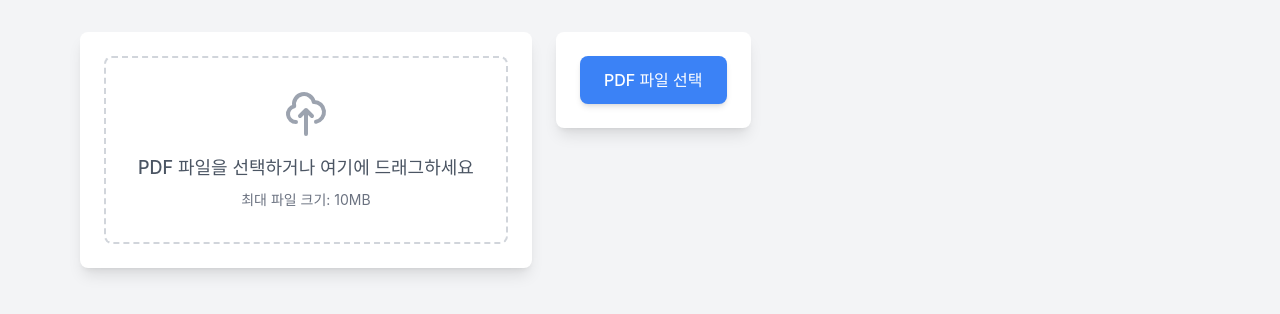
Repository: orcaCrew/PDF-Handler
Page: /
An editor plug-in stored every save of this project. The page is shown before and after the next save, followed by the edit.
The browser window is 1280 px wide. The pictures show the whole page.
The project was rebuilt for these pictures with package versions that can differ from the ones it lists, and the page was loaded fresh each time.

Above is the page before, as saved 2025-07-18 17:03:36.

After the next save:
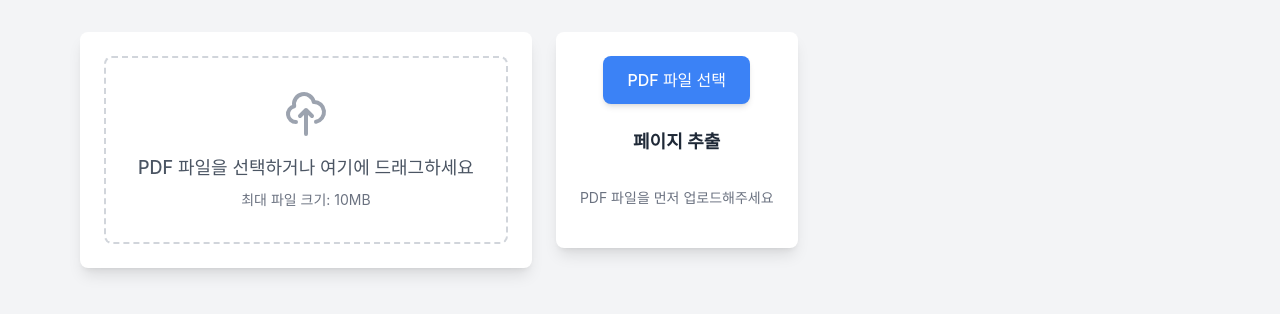
Saved 13 min 54 s later.
--- a/src/App.js
+++ b/src/App.js
@@ -333,66 +333,80 @@ function App() {
               />
 
               {/* 페이지 추출 영역 */}
-              {file && numPages && (
-                <div className="space-y-4">
-                  <h3 className="text-lg font-semibold text-gray-800 text-center">
-                    페이지 추출
-                  </h3>
-
-                  <div className="space-y-3">
-                    <div>
-                      <label className="block text-sm font-medium text-gray-700 mb-1">
-                        시작 페이지
-                      </label>
-                      <input
-                        type="number"
-                        min="1"
-                        max={numPages}
-                        value={startPage}
-                        onChange={(e) => setStartPage(parseInt(e.target.value) || 1)}
-                        className="w-full px-3 py-2 border border-gray-300 rounded-md focus:outline-none focus:ring-2 focus:ring-blue-500 focus:border-transparent"
-                      />
-                    </div>
-
-                    <div>
-                      <label className="block text-sm font-medium text-gray-700 mb-1">
-                        종료 페이지
-                      </label>
-                      <input
-                        type="number"
-                        min="1"
-                        max={numPages}
-                        value={endPage}
-                        onChange={(e) => setEndPage(parseInt(e.target.value) || 1)}
-                        className="w-full px-3 py-2 border border-gray-300 rounded-md focus:outline-none focus:ring-2 focus:ring-blue-500 focus:border-transparent"
-                      />
-                    </div>
-
-                    <div className="text-xs text-gray-500 text-center">
-                      총 {numPages}페이지 중 선택
+              <div className="space-y-4">
+                <h3 className="text-lg font-semibold text-gray-800 text-center">
+                  페이지 추출
+                </h3>
+
+                {!file ? (
+                  <div className="text-center py-4">
+                    <div className="text-gray-500 text-sm">
+                      PDF 파일을 먼저 업로드해주세요
                     </div>
                   </div>
-
-                  <button
-                    onClick={extractPages}
-                    disabled={extracting || startPage > endPage || startPage < 1 || endPage > numPages}
-                    className={`w-full px-4 py-3 rounded-lg font-medium transition-colors ${
-                      extracting || startPage > endPage || startPage < 1 || endPage > numPages
-                        ? 'bg-gray-300 text-gray-500 cursor-not-allowed'
-                        : 'bg-green-500 text-white hover:bg-green-600 shadow-md'
-                    }`}
-                  >
-                    {extracting ? (
-                      <div className="flex items-center justify-center">
-                        <div className="animate-spin rounded-full h-4 w-4 border-b-2 border-white mr-2"></div>
-                        추출 중...
+                ) : !numPages ? (
+                  <div className="text-center py-4">
+                    <div className="text-gray-500 text-sm">
+                      PDF 파일을 로딩 중입니다...
+                    </div>
+                  </div>
+                ) : (
+                  <>
+                    <div className="space-y-3">
+                      <div>
+                        <label className="block text-sm font-medium text-gray-700 mb-1">
+                          시작 페이지
+                        </label>
+                        <input
+                          type="number"
+                          min="1"
+                          max={numPages}
+                          value={startPage}
+                          onChange={(e) => setStartPage(parseInt(e.target.value) || 1)}
+                          className="w-full px-3 py-2 border border-gray-300 rounded-md focus:outline-none focus:ring-2 focus:ring-blue-500 focus:border-transparent"
+                        />
                       </div>
-                    ) : (
-                      '새 PDF로 저장'
-                    )}
-                  </button>
-                </div>
-              )}
+
+                      <div>
+                        <label className="block text-sm font-medium text-gray-700 mb-1">
+                          종료 페이지
+                        </label>
+                        <input
+                          type="number"
+                          min="1"
+                          max={numPages}
+                          value={endPage}
+                          onChange={(e) => setEndPage(parseInt(e.target.value) || 1)}
+                          className="w-full px-3 py-2 border border-gray-300 rounded-md focus:outline-none focus:ring-2 focus:ring-blue-500 focus:border-transparent"
+                        />
+                      </div>
+
+                      <div className="text-xs text-gray-500 text-center">
+                        총 {numPages}페이지 중 선택
+                      </div>
+                    </div>
+
+                    <button
+                      onClick={extractPages}
+                      disabled={extracting || startPage > endPage || startPage < 1 || endPage > numPages}
+                      className={`w-full px-4 py-3 rounded-lg font-medium transition-colors ${
+                        extracting || startPage > endPage || startPage < 1 || endPage > numPages
+                          ? 'bg-gray-300 text-gray-500 cursor-not-allowed'
+                          : 'bg-green-500 text-white hover:bg-green-600 shadow-md'
+                      }`}
+                    >
+                      {extracting ? (
+                        <div className="flex items-center justify-center">
+                          <div className="animate-spin rounded-full h-4 w-4 border-b-2 border-white mr-2"></div>
+                          추출 중...
+                        </div>
+                      ) : (
+                        '새 PDF로 저장'
+                      )}
+                    </button>
+                  </>
+                )}
+              </div>
             </div>
           </div>
         </div>
